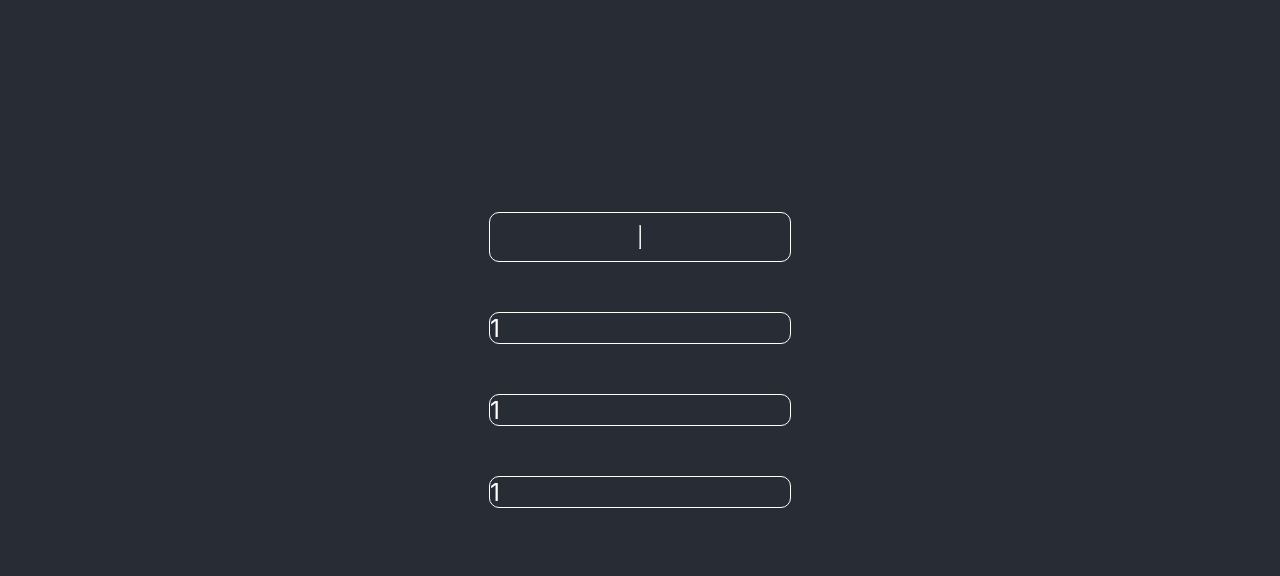
Repository: bandikost/capers
Page: /main
An editor plug-in stored every save of this project. The page is shown before and after the next save, followed by the edit.
The browser window is 1280 px wide. The pictures show the whole page.
The page's requests for data from a server got no answer. The project was rebuilt for these pictures with package versions that can differ from the ones it lists, and the page was loaded fresh each time. No one was signed in, and anything a server would have sent is missing.

Above is the page before, as saved 2023-04-10 12:06:35.

After the next save:
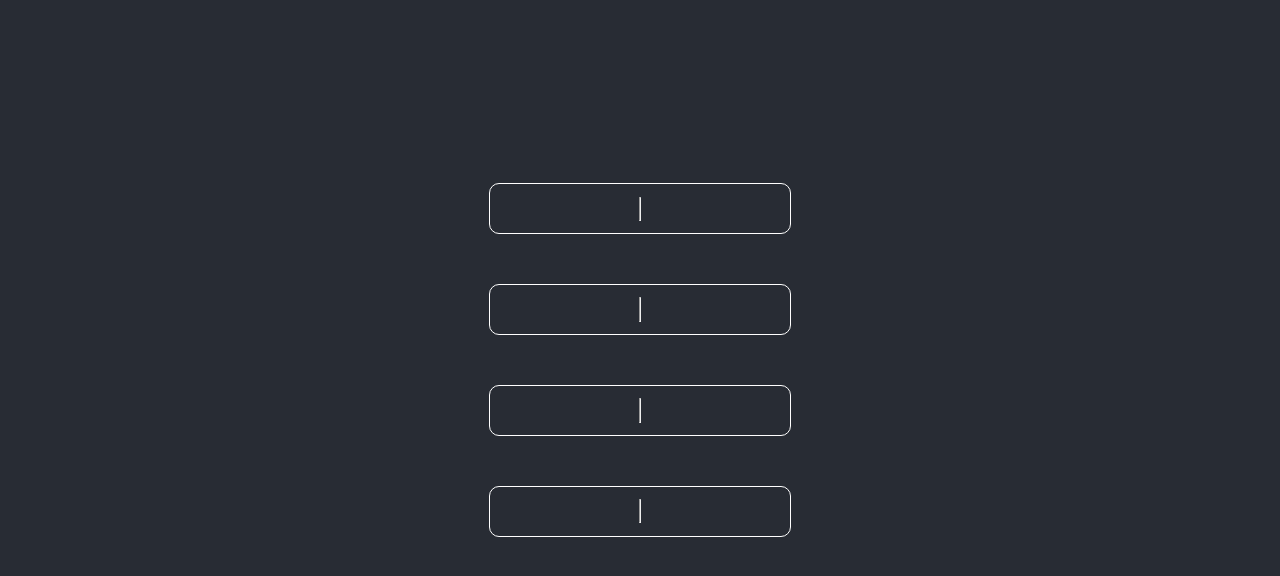
Saved 32 s later.
--- a/src/components/Main.jsx
+++ b/src/components/Main.jsx
@@ -84,9 +84,21 @@ export const Main = () => {
        <hr />
        <p>{balance.user1}</p>
       </div>
-      <div className="cell">1</div>
-      <div className="cell">1</div>
-      <div className="cell">1</div>
+      <div className="cell">
+       <p>{name.user1}</p>
+       <hr />
+       <p>{balance.user1}</p>
+      </div>
+      <div className="cell">
+       <p>{name.user1}</p>
+       <hr />
+       <p>{balance.user1}</p>
+      </div>
+      <div className="cell">
+       <p>{name.user1}</p>
+       <hr />
+       <p>{balance.user1}</p>
+      </div>
     </div>
   )
 }
